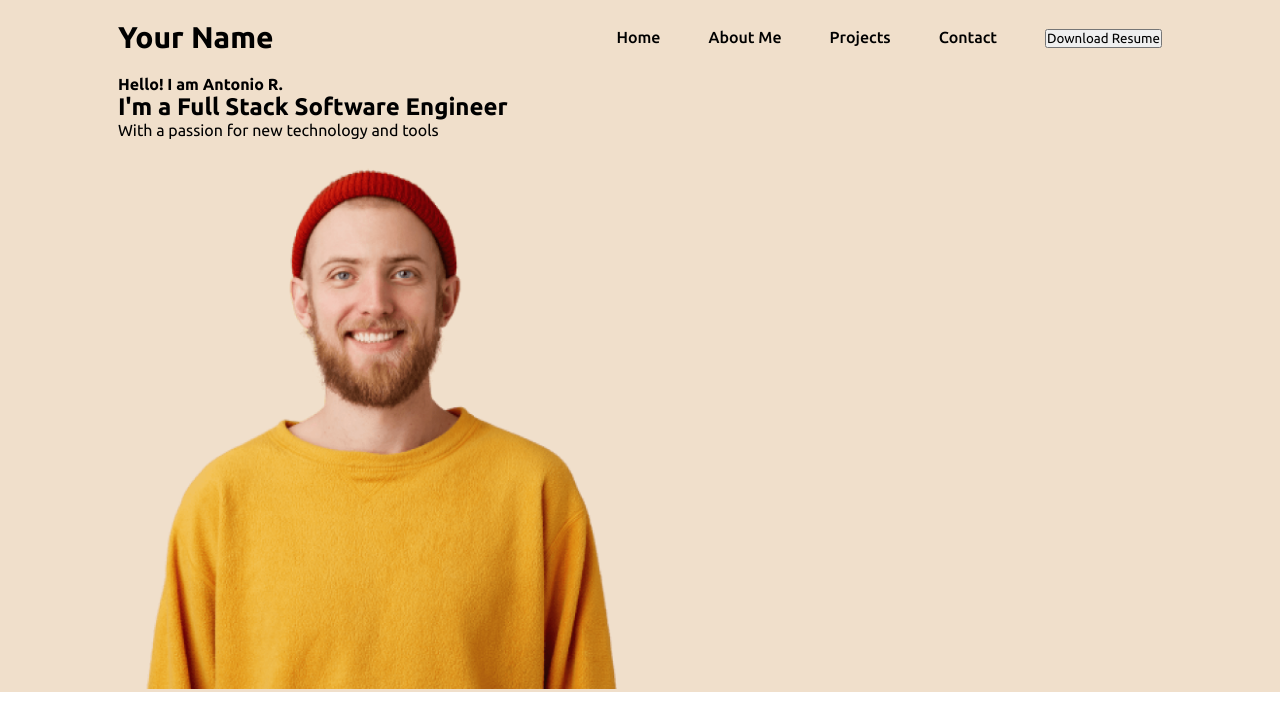
Repository: DevAntonioRogers/vanilla-portfolio
Page: index.html
The author's editor kept a copy of each file at every save. The page is drawn from the files as they stood at one save, then again after the next save.
The browser window is 1280 px wide. The pictures show the whole page.

Above is the page before, as saved 2023-07-14 16:29:34.

After the next save:
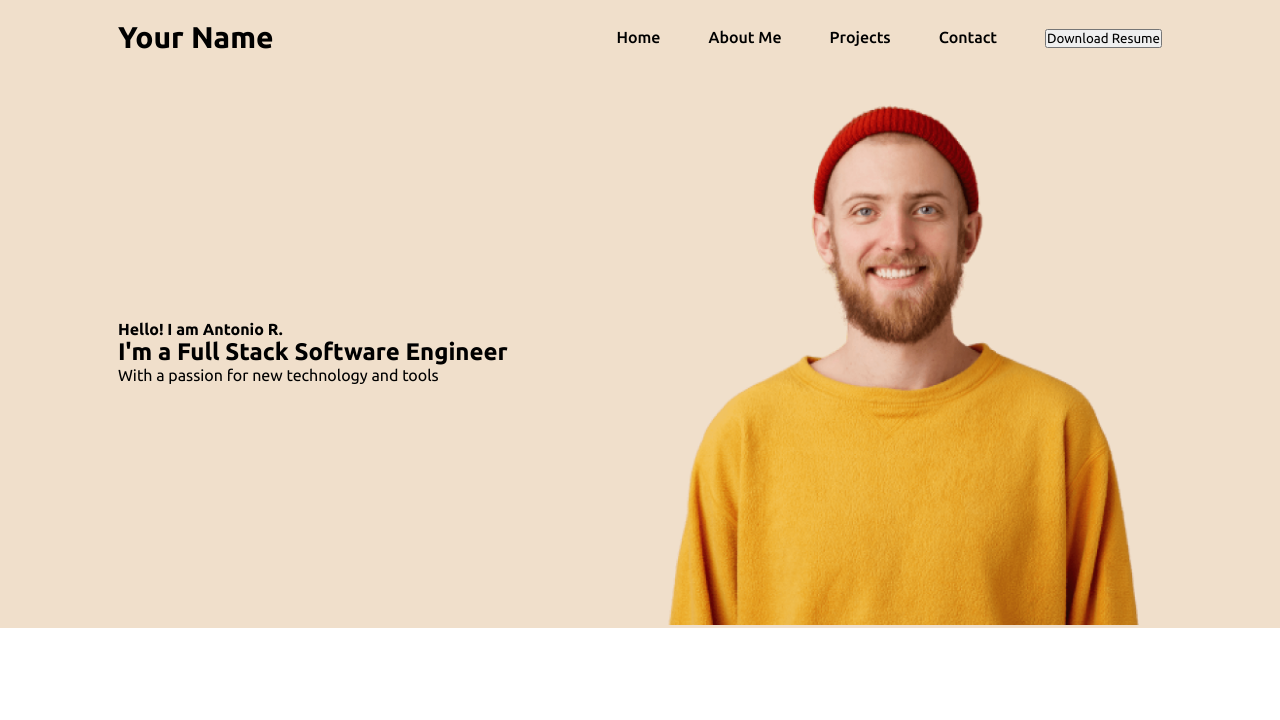
Saved 5 s later.
--- a/style.css
+++ b/style.css
@@ -55,7 +55,7 @@ nav {
 
 .hero-container {
   display: grid;
-  grid-template-columns: repeat(2,minmax(0, 1fr))
+  grid-template-columns: repeat(2, minmax(0, 1fr));
   align-items: center;
   gap: ;
 }
